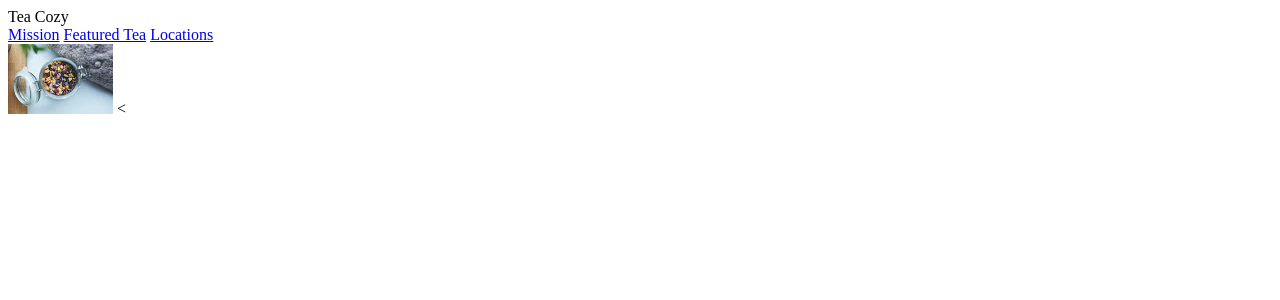
Repository: NiutaR/teaCozy
Page: index.html
The author's editor kept a copy of each file at every save. The page is drawn from the files as they stood at one save, then again after a run of saves.
The browser window is 1280 px wide. The pictures show the whole page.

Above is the page before, as saved 2021-08-06 17:03:54.

### index.html
<!DOCTYPE html>
<html lang="en">
<head>
    <meta charset="UTF-8">
    <meta http-equiv="X-UA-Compatible" content="IE=edge">
    <meta name="viewport" content="width=device-width, initial-scale=1.0">
    <link rel="stylesheet" href="src/style.css">
    <title>Tea Cozy</title>

</head>
<body>
        <header>
            <a class="header-logo">Tea Cozy</a>
            <div class="header-right">
                <a class="link" href="#">Mission</a>
                <a class="link" href="#">Featured Tea</a>
                <a class="link" href="#">Locations</a>
            </div>

        </header>

        <img src="src/img/img-mission-background.jpg" alt="tea">
        <
    <div class="wrapper">
    </div>

</body>
</html>

Loaded but not shown: src/style.css (no copy from this time; the picture is the same without it)

After the next 2 saves:
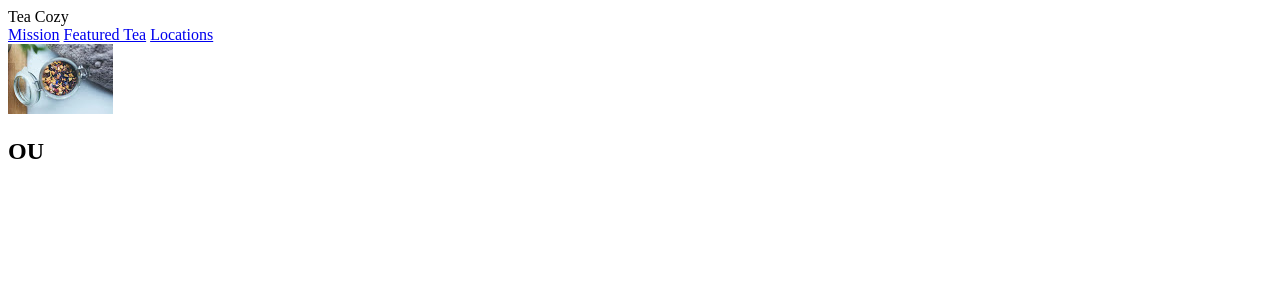
The 2 saves are shown as one change because they came seconds apart.
The last was saved 11 s later.
--- a/index.html
+++ b/index.html
@@ -20,7 +20,7 @@
         </header>
 
         <img src="src/img/img-mission-background.jpg" alt="tea">
-        <
+        <h2>OU</h2>
     <div class="wrapper">
     </div>
 
